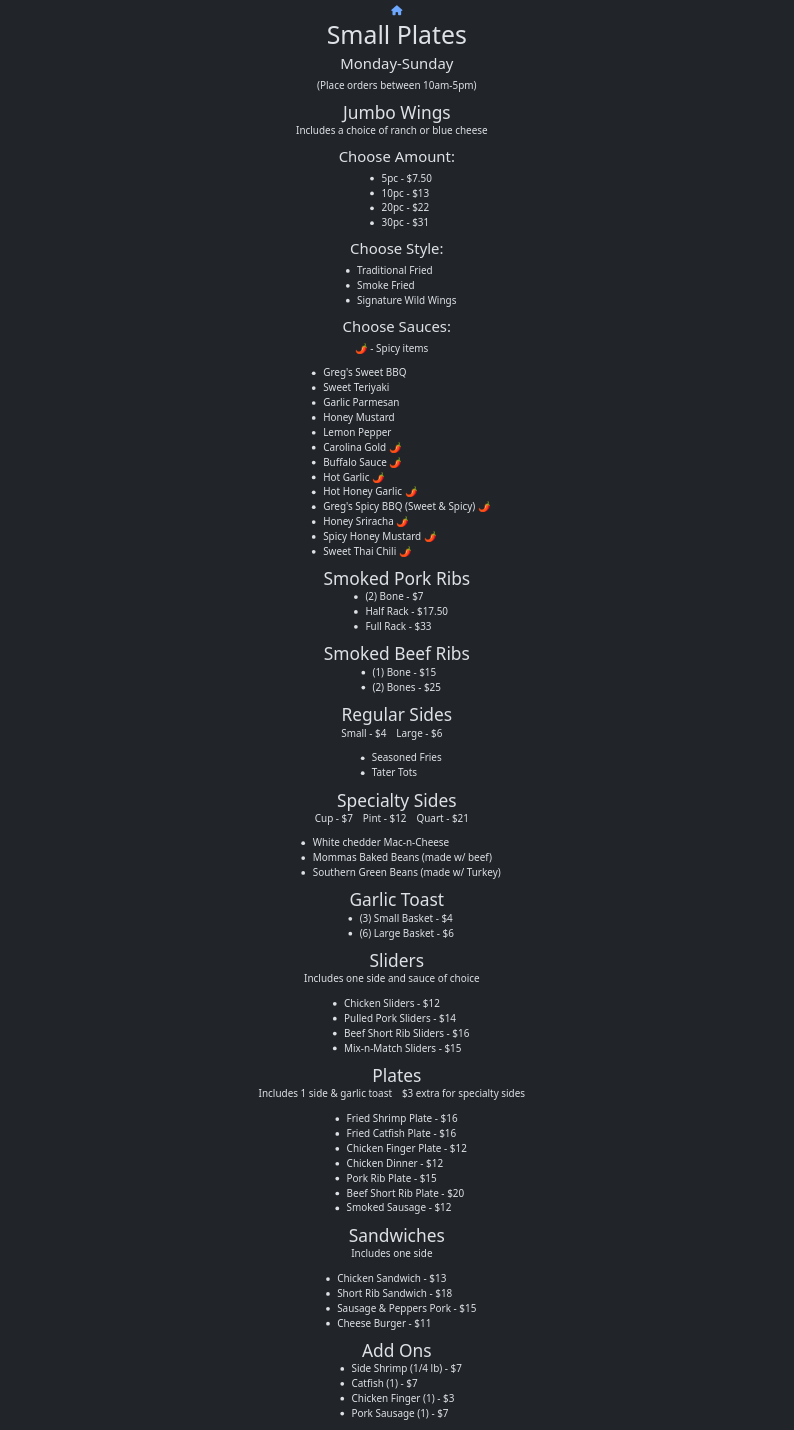
Repository: dukedward/smokehousemenu
Page: plates/index.html
These files come from the project's save history. The page is drawn as it stood at one moment and after the next save; the edit follows.
The browser window is 1280 px wide. The pictures show the whole page, at 62% of full size.
Some web libraries are served in a nearby version.

Above is the page before, as saved 2023-03-01 10:01:46.

### plates/index.html
<!DOCTYPE html>
<html lang="en" data-bs-theme="dark">
<head>
    <meta charset="UTF-8">
    <meta http-equiv="X-UA-Compatible" content="IE=edge">
    <meta name="viewport" content="wilih=device-wilih, initial-scale=1.0">
    <link rel="stylesheet" href="https://cdnjs.cloudflare.com/ajax/libs/font-awesome/6.3.0/css/all.min.css" integrity="sha512-SzlrxWUlpfuzQ+pcUCosxcglQRNAq/DZjVsC0lE40xsADsfeQoEypE+enwcOiGjk/bSuGGKHEyjSoQ1zVisanQ==" crossorigin="anonymous" referrerpolicy="no-referrer" />
    <link href="https://cdn.jsdelivr.net/npm/bootstrap@5.3.0-alpha1/dist/css/bootstrap.min.css" rel="stylesheet" integrity="sha384-GLhlTQ8iRABdZLl6O3oVMWSktQOp6b7In1Zl3/Jr59b6EGGoI1aFkw7cmDA6j6gD" crossorigin="anonymous">
    <link rel="stylesheet" href="../style.css" />
    <title>Small Plates</title>
</head>
<body>
    <div class="title">
        <a href="/">
            <i class="fa-solid fa-house mt-2 mb-2"></i>
        </a>
        <h1>Small Plates</h1>
        <h4>Monday-Sunday</h4>
        <p>(Place orders between 10am-5pm)</p>
    </div>
    <div class="sections">
        <div class="sect">
            <h3>Jumbo Wings</h3>
            <div class="desc">
                <p>Includes a choice of ranch or blue cheese</p>
            </div>
            <div class="sub-sect">
                <h4>Choose Amount:</h4>
                <ul>
                    <li>5pc - $7.50</li>
                    <li>10pc - $13</li>
                    <li>20pc - $22</li>
                    <li>30pc - $31</li>
                </ul>
            </div>
            <div class="sub-sect">
                <h4>Choose Style:</h4>
                <ul>
                    <li>Traditional Fried</li>
                    <li>Smoke Fried</li>
                    <li>Signature Wild Wings</li>
                </ul>
            </div>
            <div class="sub-sect">
                <h4>Choose Sauces:</h4>
                <div class="desc">
                    <p>🌶️ - Spicy items</p>
                </div>
                <ul>
                    <li>Greg's Sweet BBQ</li>
                    <li>Sweet Teriyaki</li>
                    <li>Garlic Parmesan</li>
                    <li>Honey Mustard</li>
                    <li>Lemon Pepper</li>
                    <li>Carolina Gold 🌶️</li>
                    <li>Buffalo Sauce 🌶️</li>
                    <li>Hot Garlic 🌶️</li>
                    <li>Hot Honey Garlic 🌶️</li>
                    <li>Greg's Spicy BBQ (Sweet & Spicy) 🌶️</li>
                    <li>Honey Sriracha 🌶️</li>
                    <li>Spicy Honey Mustard 🌶️</li>
                    <li>Sweet Thai Chili 🌶️</li>
                </ul>
            </div>
        </div>
        <div class="sect">
            <h3>Smoked Pork Ribs</h3>
            <ul>
                <li>(2) Bone - $7</li>
                <li>Half Rack - $17.50</li>
                <li>Full Rack - $33</li>
            </ul>
        </div>
        <div class="sect">
            <h3>Smoked Beef Ribs</h3>
            <ul>
                <li>(1) Bone - $15</li>
                <li>(2) Bones - $25</li>
            </ul>
        </div>
        <div class="sect">
            <h3>Regular Sides</h3>
            <div class="desc">
                <p>Small - $4</p>
                <p>Large - $6</p>
            </div>
            <ul>
                <li>Seasoned Fries</li>
                <li>Tater Tots</li>
            </ul>
        </div>
        <div class="sect">
            <h3>Specialty Sides</h3>
            <div class="desc">
                <p>Cup - $7</p>
                <p>Pint - $12</p>
                <p>Quart - $21</p>
            </div>
            <ul>
                <li>White chedder Mac-n-Cheese</li>
                <li>Mommas Baked Beans (made w/ beef)</li>
                <li>Southern Green Beans (made w/ Turkey)</li>
            </ul>
        </div>
        <div class="sect">
            <h3>Garlic Toast</h3>
            <ul>
                <li>(3) Small Basket - $4</li>
                <li>(6) Large Basket - $6</li>
            </ul>
        </div>
        <div class="sect">
            <h3>Sliders</h3>
            <div class="desc">
                <p>Includes one side and sauce of choice</p>
            </div>
            <ul>
                <li>Chicken Sliders - $12</li>
                <li>Pulled Pork Sliders - $14</li>
                <li>Beef Short Rib Sliders - $16</li>
                <li>Mix-n-Match Sliders - $15</li>
            </ul>
        </div>
        <div class="sect">
            <h3>Plates</h3>
            <div class="desc">
                <p>Includes 1 side & garlic toast</p>
                <p>$3 extra for specialty sides</p>
            </div>
            <ul>
                <li>Fried Shrimp Plate - $16</li>
                <li>Fried Catfish Plate - $16</li>
                <li>Chicken Finger Plate - $12</li>
                <li>Chicken Dinner - $12</li>
                <li>Pork Rib Plate - $15</li>
                <li>Beef Short Rib Plate - $20</li>
                <li>Smoked Sausage - $12</li>
            </ul>
        </div>
        <div class="sect">
            <h3>Sandwiches</h3>
            <div class="desc">
                <p>Includes one side</p>
            </div>
            <ul>
                <li>Chicken Sandwich - $13</li>
                <li>Short Rib Sandwich - $18</li>
                <li>Sausage & Peppers Pork - $15</li>
                <li>Cheese Burger - $11</li>
            </ul>
        </div>
        <div class="sect">
            <h3>Add Ons</h3>
            <ul>
                <li>Side Shrimp (1/4 lb) - $7</li>
                <li>Catfish (1) - $7</li>
                <li>Chicken Finger (1) - $3</li>
                <li>Pork Sausage (1) - $7</li>
            </ul>
        </div>
    </div>
    <script src="https://cdn.jsdelivr.net/npm/bootstrap@5.3.0-alpha1/dist/js/bootstrap.bundle.min.js" integrity="sha384-w76AqPfDkMBDXo30jS1Sgez6pr3x5MlQ1ZAGC+nuZB+EYdgRZgiwxhTBTkF7CXvN" crossorigin="anonymous"></script>
</body>
</html>

### style.css
.container {
    height: 100vh;
}

.title {
	display: flex;
	flex-direction: column;
	justify-content: center;
	align-items: center;
}

.sections {
	display: grid;
}

.sect, .sub-sect {
	display: flex;
	flex-direction: column;
	justify-content: left;
	align-items: center;
}

.sect h2,h3 {
    margin-bottom: 0;
}

.desc {
    display: flex;
    flex-direction: row;
    justify-content: space-between;
}

.desc p {
    padding-right: 1rem;
}

After the next save:
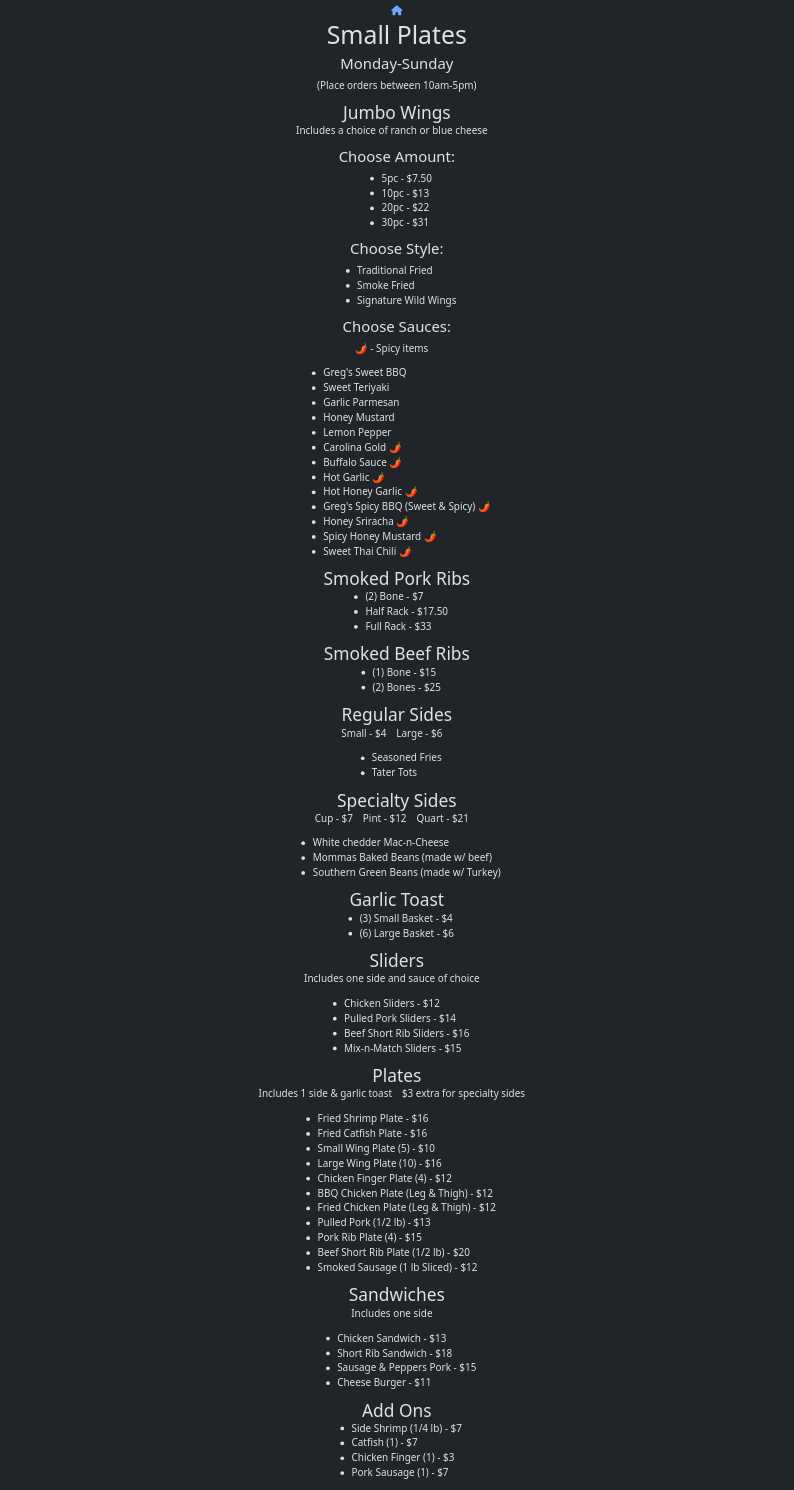
Saved 4 min 35 s later.
--- a/plates/index.html
+++ b/plates/index.html
@@ -130,11 +130,15 @@
             <ul>
                 <li>Fried Shrimp Plate - $16</li>
                 <li>Fried Catfish Plate - $16</li>
-                <li>Chicken Finger Plate - $12</li>
-                <li>Chicken Dinner - $12</li>
-                <li>Pork Rib Plate - $15</li>
-                <li>Beef Short Rib Plate - $20</li>
-                <li>Smoked Sausage - $12</li>
+                <li>Small Wing Plate (5) - $10</li>
+                <li>Large Wing Plate (10) - $16</li>
+                <li>Chicken Finger Plate (4) - $12</li>
+                <li>BBQ Chicken Plate (Leg & Thigh) - $12</li>
+                <li>Fried Chicken Plate (Leg & Thigh) - $12</li>
+                <li>Pulled Pork (1/2 lb) - $13</li>
+                <li>Pork Rib Plate (4) - $15</li>
+                <li>Beef Short Rib Plate (1/2 lb) - $20</li>
+                <li>Smoked Sausage (1 lb Sliced) - $12</li>
             </ul>
         </div>
         <div class="sect">
